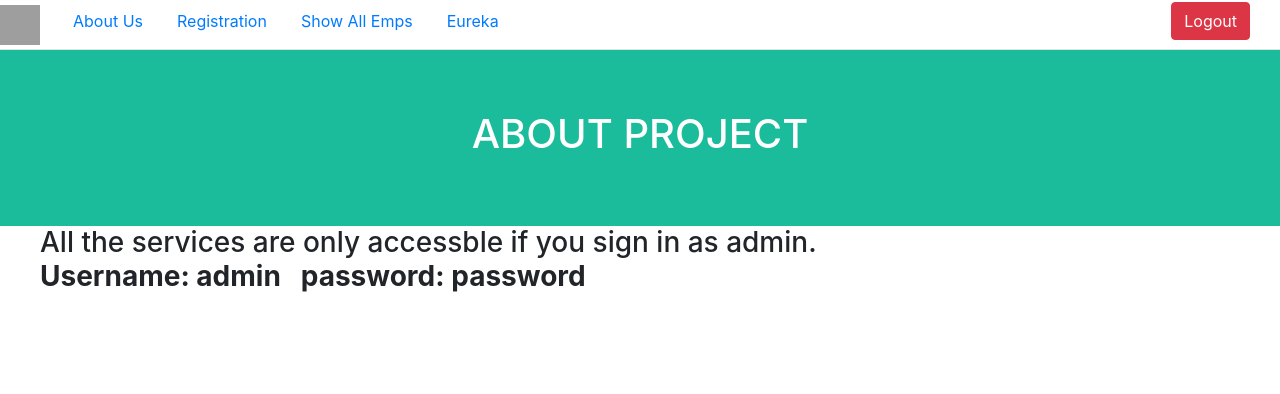
Repository: Shwetank-Chaudhary/EmployeeManagement-
Page: HomePage/src/main/webapp/AboutUs.html
The author's editor kept a copy of each file at every save. The page is drawn from the files as they stood at one save, then again after the next save.
The browser window is 1280 px wide. The pictures show the whole page.
Pictures or frames that could not be fetched are drawn as grey boxes.

Above is the page before, as saved 2024-01-01 17:11:32.

### HomePage/src/main/webapp/AboutUs.html
<!DOCTYPE html>
<html>

<head>
	<meta charset="UTF-8">
	<title>ABOUT PROJECT</title>
	<link rel="stylesheet" href="https://cdn.jsdelivr.net/npm/bootstrap@4.0.0/dist/css/bootstrap.min.css"
		integrity="sha384-Gn5384xqQ1aoWXA+058RXPxPg6fy4IWvTNh0E263XmFcJlSAwiGgFAW/dAiS6JXm" crossorigin="anonymous"
		type="text/css">

	<style>
		.header {
			padding: 60px;
			text-align: center;
			background: #1abc9c;
			color: white;
			font-size: 30px;
		}

		#logout {
			position: absolute;
			right: 30px;
			top: 2px;
		}
	</style>
</head>

<body>
	<ul class="nav nav-tabs">
		<!-- Logo -->
		<li class="nav-item">
			<a class="navbar-brand" href="Home.html">
				<img src="https://drive.google.com/uc?id=1iFuzqzRuZ8NSsH9akJaVqbD3UM7I9Yh6" alt="Logo" height="40"
					width="40">
			</a>
		</li>
		<li class="nav-item-active">
			<a class="nav-link" href="AboutUs.html">About Us</a>
		</li>
		<li class="nav-item">
			<a class="nav-link" href="./Registration.html">Registration</a>
		</li>
		<li class="nav-item">
			<a class="nav-link" href="ADMIN_showemp.html">Show All Emps</a>
		</li>
		<li class="nav-item">
			<a class="nav-link" href="http://localhost:8761/">Eureka</a>
		</li>

		<li class="nav-item">
			<a href="http://localhost:1080/logout"><button class="btn btn-danger" id="logout">Logout</button></a>
		</li>
	</ul>
	<div class="header">
		<h1>ABOUT PROJECT</h1>
	</div>
	<div>
		<ul><h3>All the services are only accessble if you sign in as admin.<br>
		<b>Username: admin &nbsp; password: password</b></h3></ul>

</body>

</html>

After the next save:
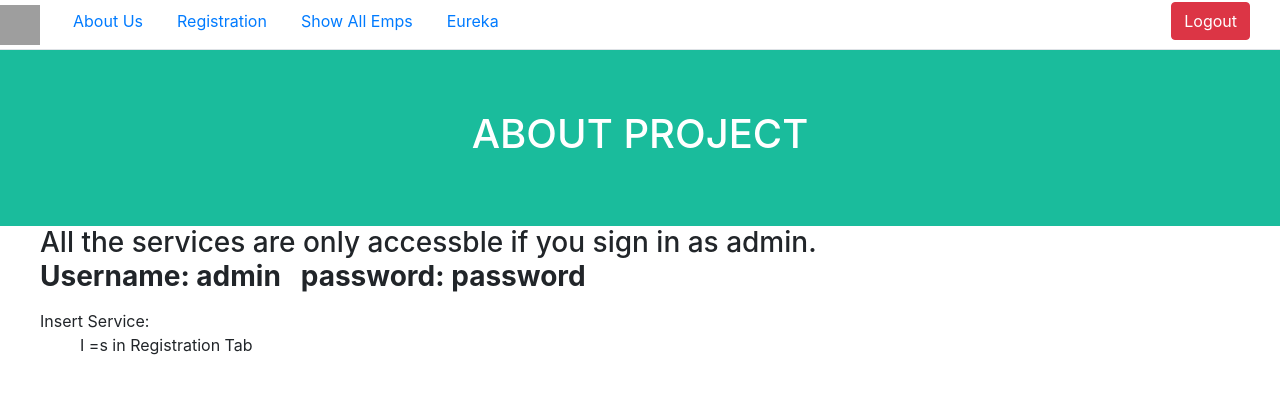
Saved 67 s later.
--- a/HomePage/src/main/webapp/AboutUs.html
+++ b/HomePage/src/main/webapp/AboutUs.html
@@ -57,6 +57,9 @@
 	<div>
 		<ul><h3>All the services are only accessble if you sign in as admin.<br>
 		<b>Username: admin &nbsp; password: password</b></h3></ul>
+		<ul>Insert Service:
+			<ul>I =s in Registration Tab</ul>
+		</ul>
 
 </body>
 
